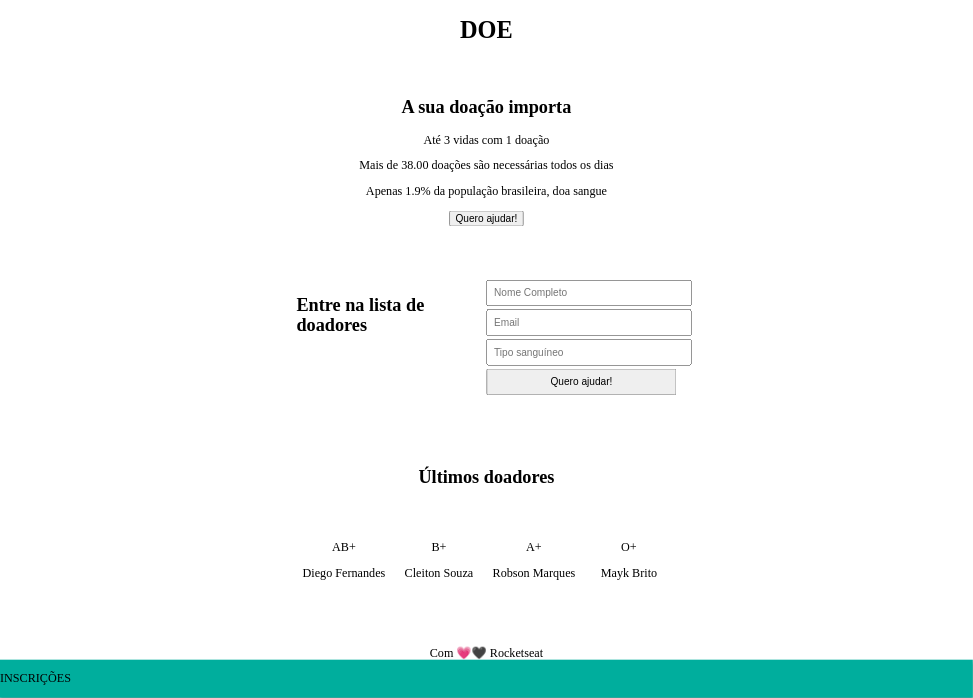
Repository: lucas-silva-dev/Doe
Page: index.html
The author's editor kept a copy of each file at every save. The page is drawn from the files as they stood at one save, then again after the next save.
The browser window is 1280 px wide. The pictures show the whole page, at 76% of full size.

Above is the page before, as saved 2020-02-18 14:15:48.

After the next save:
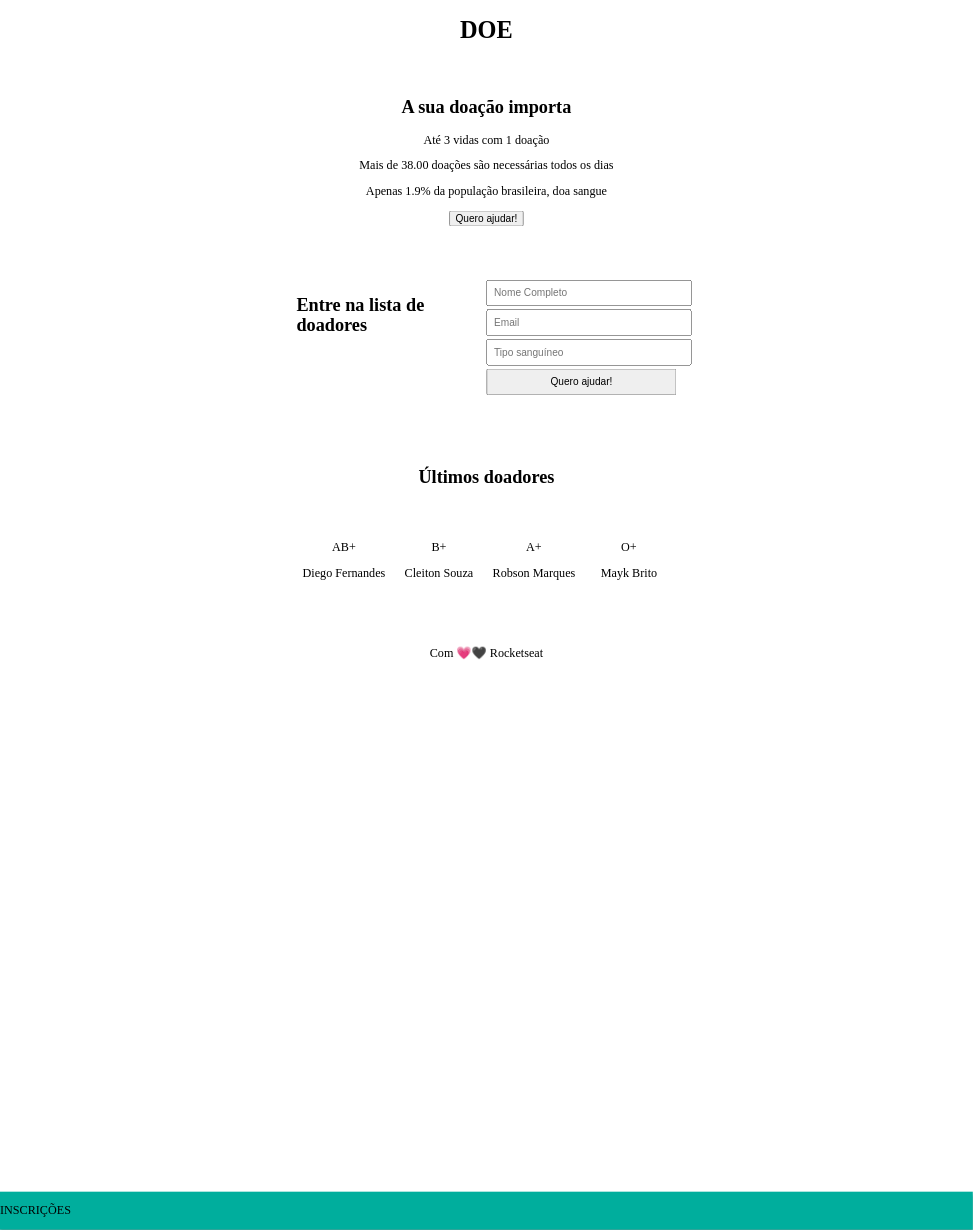
Saved 15 s later.
--- a/style.css
+++ b/style.css
@@ -63,6 +63,7 @@ footer {
 
 div.cred {
   position: relative;
+  margin-top: 700px;
 
   background: #00ae9d;
   box-shadow: 0px 4px 4px rgba(0, 0, 0, 0.25), 0px 4px 4px rgba(0, 0, 0, 0.25);
